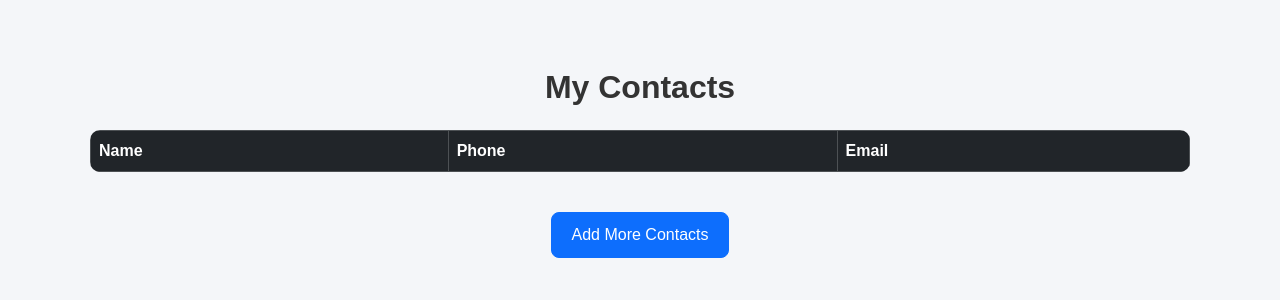
Repository: Slyadavkir/wipro-projects
Page: http://localhost/ContactManager/contacts.jsp
These files come from the project's save history. The page is drawn as it stood at one moment and after the next save; the edit follows.
The browser window is 1280 px wide. The pictures show the whole page.
The page is served by Tomcat 10.

Above is the page before, as saved 2026-05-10 10:52:55.

After the next save:
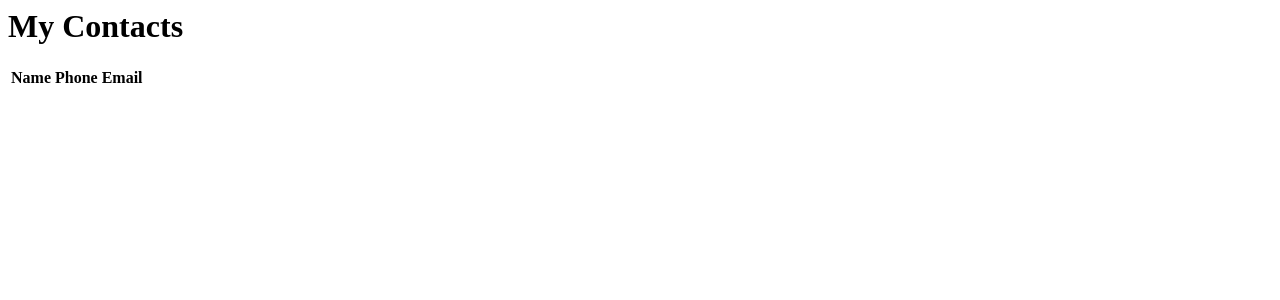
Saved 3 min 16 s later.
--- a/ContactManager/src/main/webapp/contacts.jsp
+++ b/ContactManager/src/main/webapp/contacts.jsp
@@ -1,56 +1,22 @@
-<%@ page import="java.util.List" %>
-<%@ page import="com.contactmanager.model.Contact" %>
+<div class="contact-card">
 
-<%@ page contentType="text/html;charset=UTF-8" language="java" %>
-<!DOCTYPE html>
-<html>
-<head>
-    <title>All Contacts</title>
+    <h1>My Contacts</h1>
 
-    <link href="https://cdn.jsdelivr.net/npm/bootstrap@5.3.2/dist/css/bootstrap.min.css"
-          rel="stylesheet">
-          <link rel="stylesheet" href="css/style.css">
-</head>
-<body>
+    <div class="table-container">
 
-<div class="container mt-5">
+        <table>
 
-    <h2 class="text-center mb-4">
-        My Contacts
-    </h2>
-
-    <div class="table-responsive">
-
-        <table class="table table-bordered table-striped">
-
-            <thead class="table-dark">
-            <tr>
-                <th>Name</th>
-                <th>Phone</th>
-                <th>Email</th>
-            </tr>
+            <thead>
+                <tr>
+                    <th>Name</th>
+                    <th>Phone</th>
+                    <th>Email</th>
+                </tr>
             </thead>
 
             <tbody>
 
-            <%
-                List<Contact> contacts =
-                        (List<Contact>) session.getAttribute("contacts");
-
-                if (contacts != null) {
-                    for (Contact c : contacts) {
-            %>
-
-            <tr>
-                <td><%= c.getName() %></td>
-                <td><%= c.getPhone() %></td>
-                <td><%= c.getEmail() %></td>
-            </tr>
-
-            <%
-                    }
-                }
-            %>
+                <!-- Loop contacts here -->
 
             </tbody>
 
@@ -58,13 +24,4 @@
 
     </div>
 
-    <div class="text-center mt-4">
-        <a href="index.jsp" class="btn btn-primary">
-            Add More Contacts
-        </a>
-    </div>
-
 </div>
-
-</body>
-</html>
